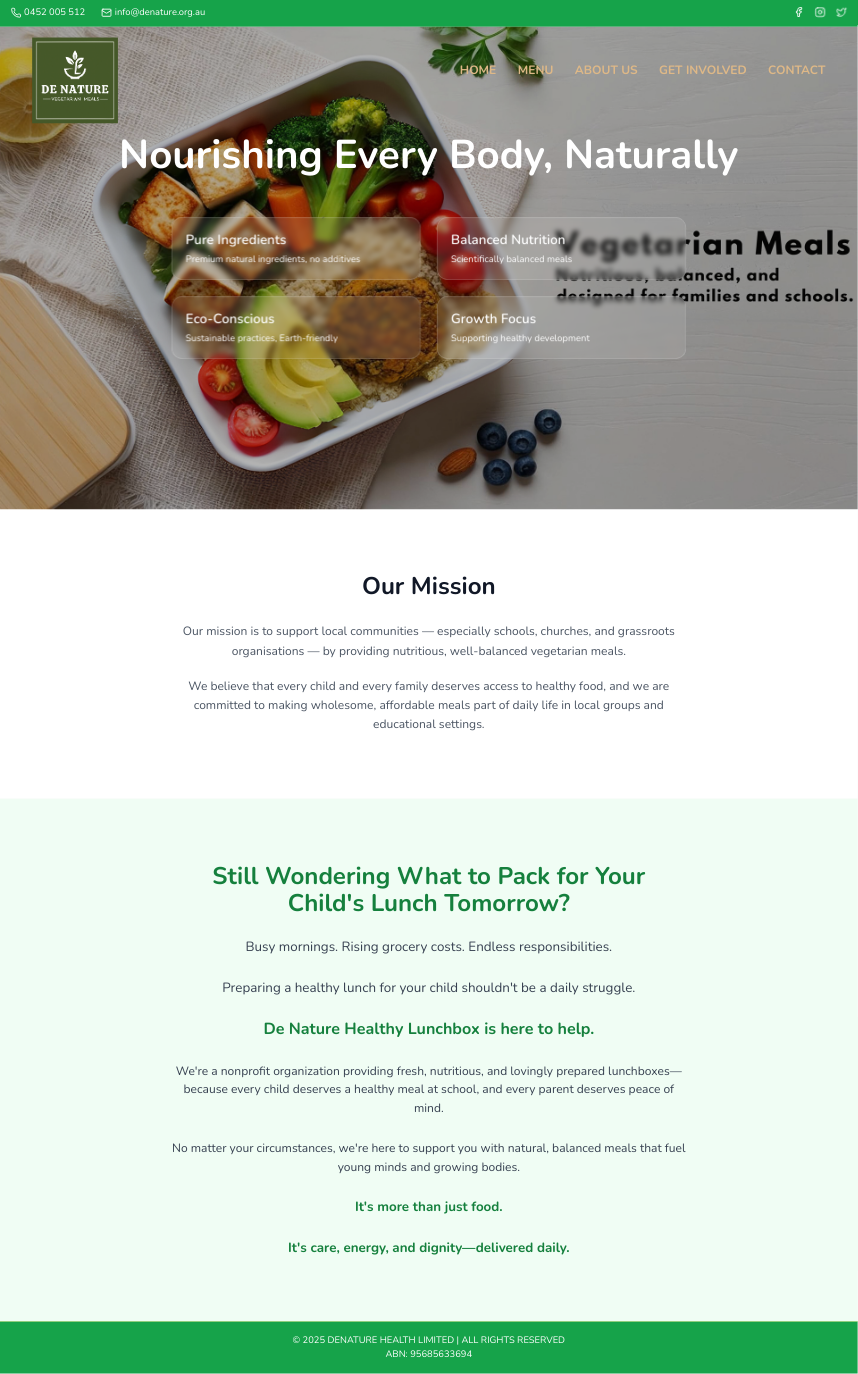
Repository: sunnyyan01/denature-website
Page: /
The author's editor kept a copy of each file at every save. The page is drawn from the files as they stood at one save, then again after the next save.
The browser window is 1280 px wide. The pictures show the whole page, at 67% of full size.
The project was rebuilt for these pictures with package versions that can differ from the ones it lists, and the page was loaded fresh each time. The framework's server and built-in components were replaced by stand-ins that run in the browser. Also part of the build but not shown: next.config.js.

Above is the page before, as saved 2025-05-11 20:22:01.

After the next save:
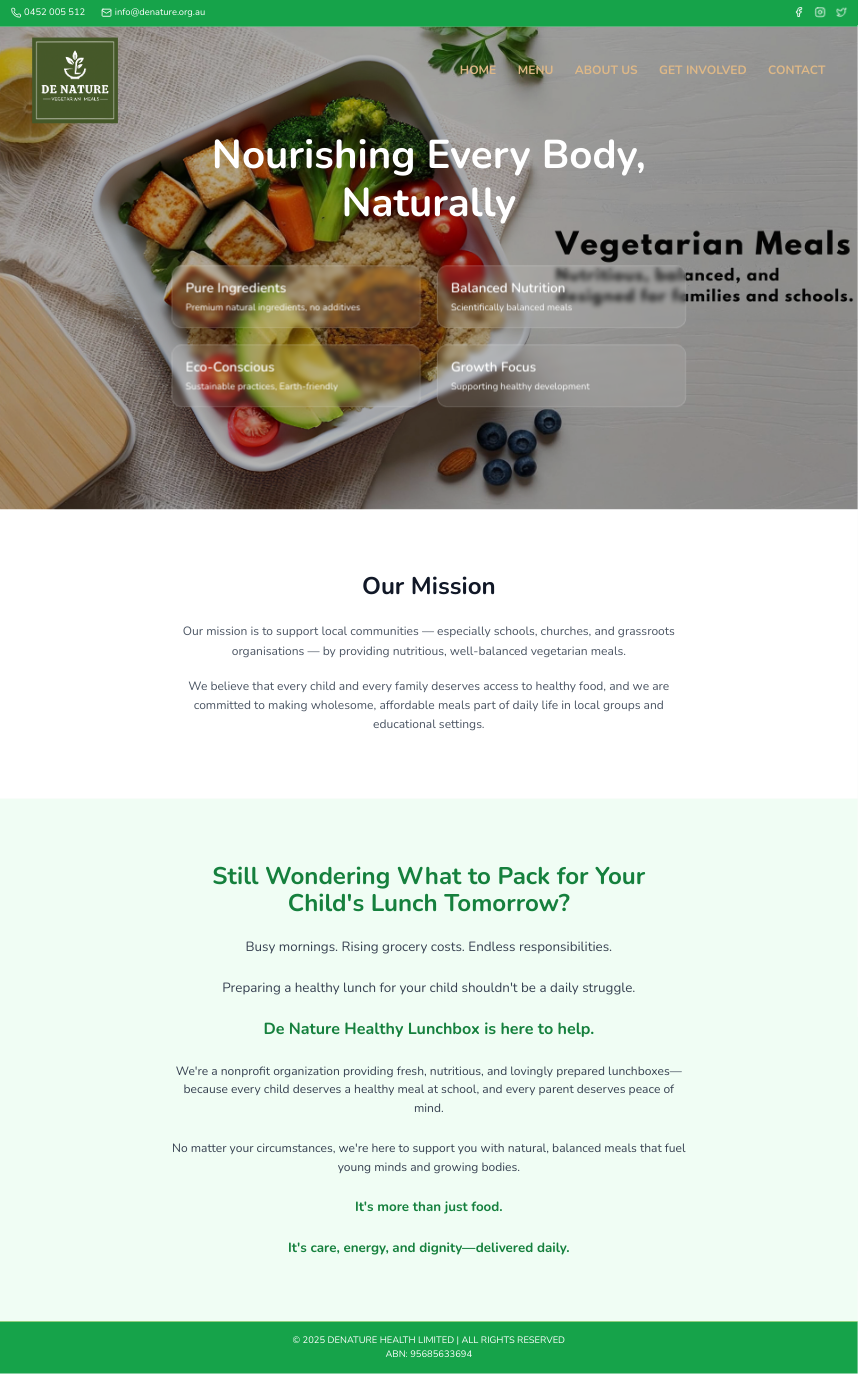
Saved 25 min 27 s later.
--- a/src/app/page.tsx
+++ b/src/app/page.tsx
@@ -38,7 +38,8 @@
         <div className="relative container mx-auto px-4 h-screen flex items-start pt-32">
           <div className="max-w-6xl mx-auto w-full pt-8">
             <h1 className="text-4xl md:text-6xl font-bold text-white mb-16 leading-[1.3] font-heading text-center">
-              <div className="mb-1 md:mb-3">Nourishing Every Body, Naturally</div>
+              <div className="mb-1 md:mb-3">Nourishing Every Body,</div>
+              <div>Naturally</div>
             </h1>
             {/* 四个特点 */}
             <div className="grid grid-cols-1 md:grid-cols-2 gap-6 max-w-3xl mx-auto">
